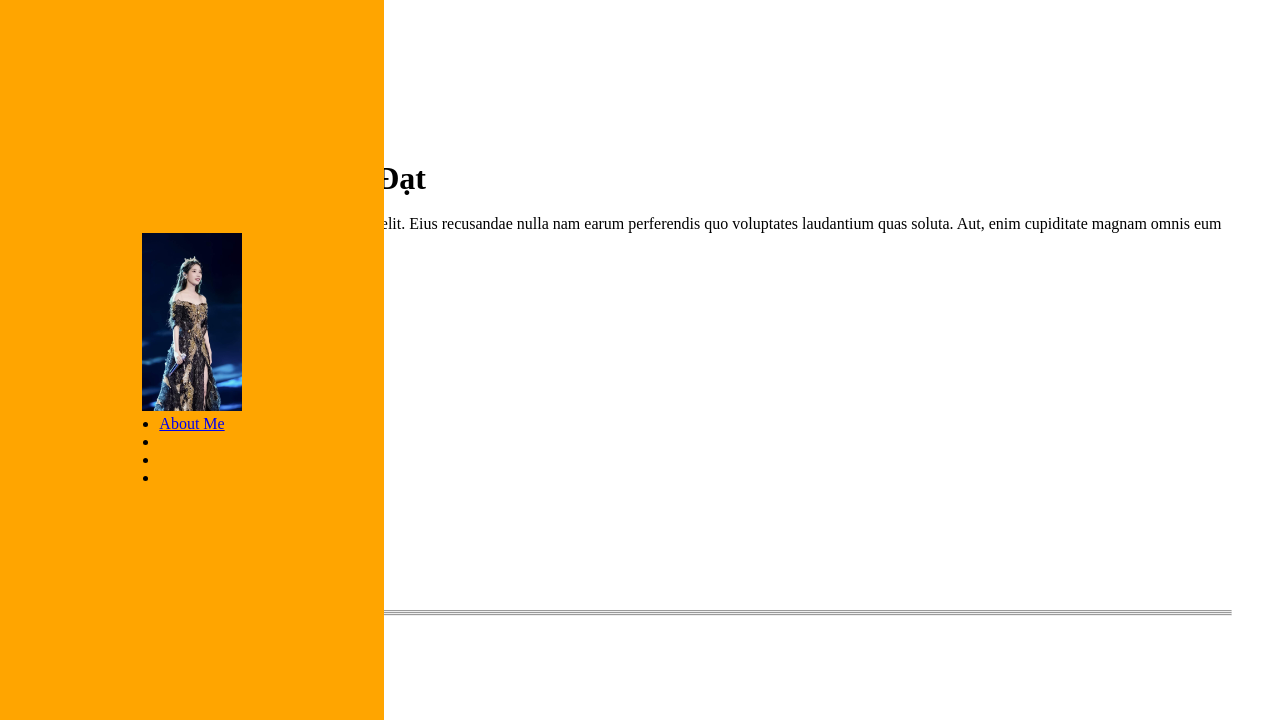
Repository: KinD2704/Web-University
Page: test/index.html
The author's editor kept a copy of each file at every save. The page is drawn from the files as they stood at one save, then again after the next save.
The browser window is 1280 px wide. The pictures show the whole page.

Above is the page before, as saved 2023-12-01 22:45:06.

After the next save:
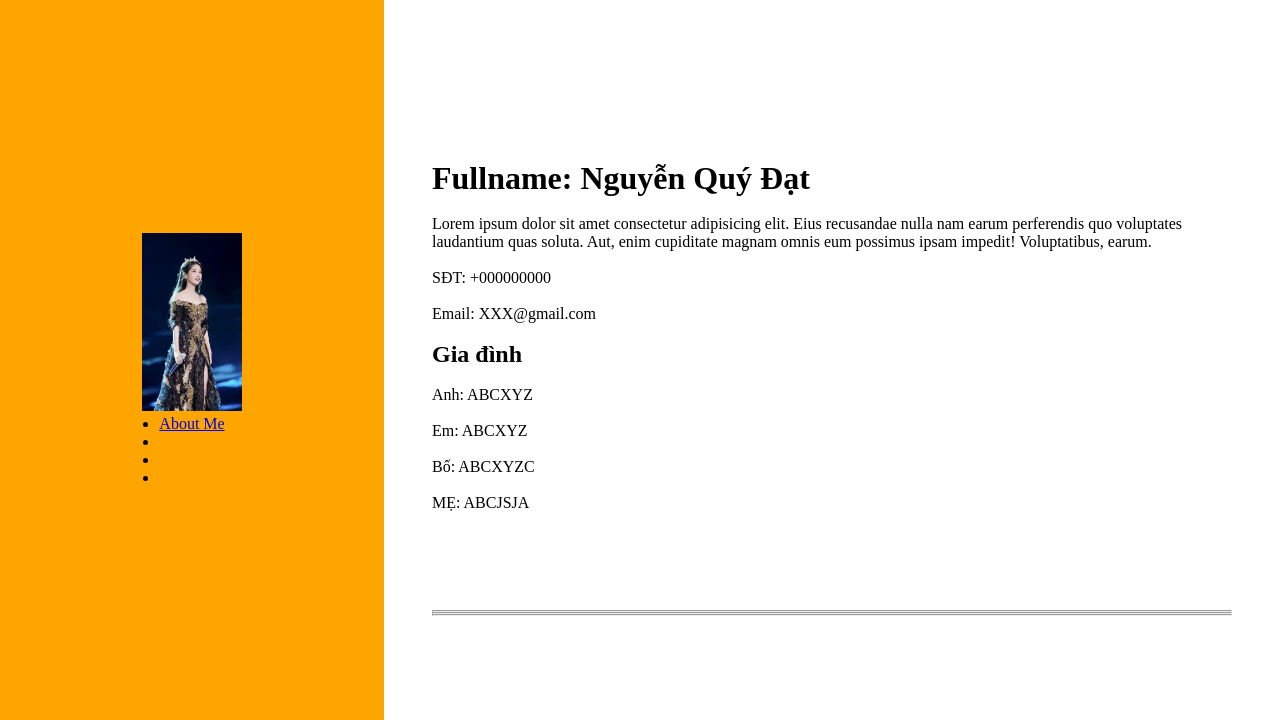
Saved 21 s later.
--- a/test/style.css
+++ b/test/style.css
@@ -19,6 +19,7 @@
 }
 .main .para {
     padding: 5rem 3rem;
+    margin-left: 30%;
 }
 .main .para .aboutme {
     padding: 5rem 0;

After the save that followed:
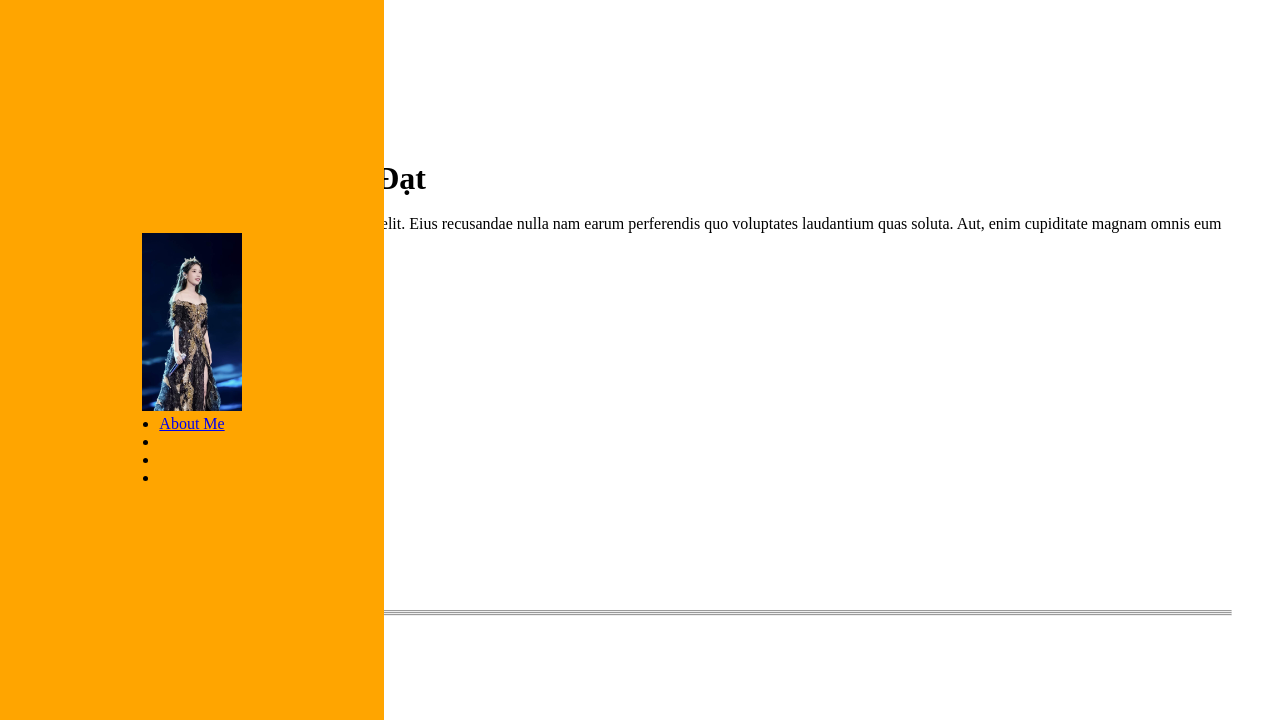
Saved 30 s later.
--- a/test/style.css
+++ b/test/style.css
@@ -19,7 +19,7 @@
 }
 .main .para {
     padding: 5rem 3rem;
-    margin-left: 30%;
+    /* margin-left: 30%; */
 }
 .main .para .aboutme {
     padding: 5rem 0;
